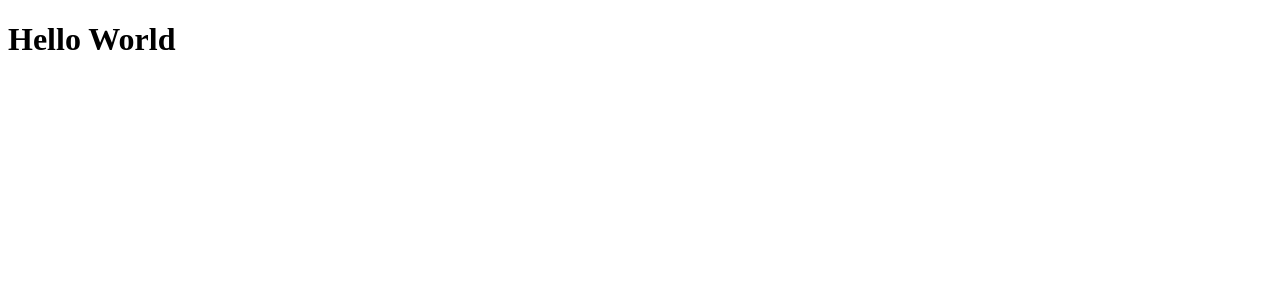
Repository: crbveiga/React
Page: / (app in RocketSeat/dtmoney/)
These files come from the project's save history. The page is drawn as it stood at one moment and after the next save; the edit follows.
The browser window is 1280 px wide. The pictures show the whole page.
The project was rebuilt for these pictures with package versions that can differ from the ones it lists, and the page was loaded fresh each time.

Above is the page before, as saved 2021-12-05 02:47:52.

After the next save:
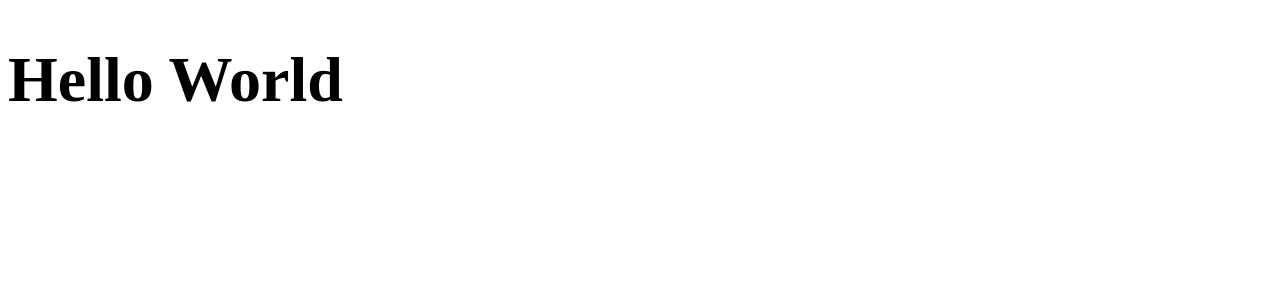
Saved 52 s later.
--- a/RocketSeat/dtmoney/src/App.tsx
+++ b/RocketSeat/dtmoney/src/App.tsx
@@ -9,7 +9,7 @@
 export function App() {
   return (
     <div className="App">
-      <h1 className="title"> Hello World</h1>
+      <Title> Hello World</Title>
     </div>
   );
 }
